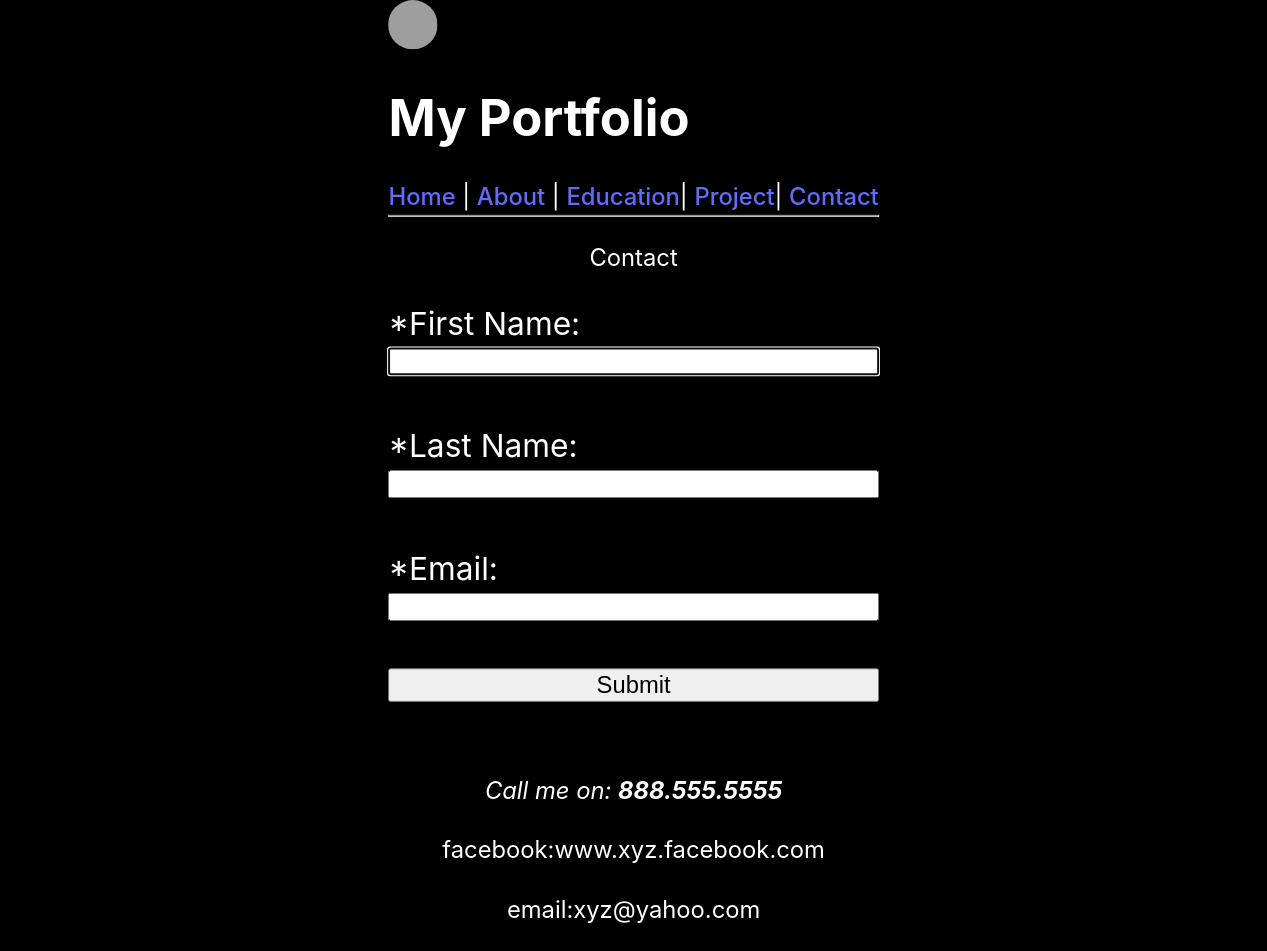
Repository: FelixChung29/ChunWaiChung_COMP229Lab2
Page: /contact (app in client/)
The author's editor kept a copy of each file at every save. The page is drawn from the files as they stood at one save, then again after the next save.
The browser window is 1280 px wide. The pictures show the whole page, at 99% of full size.
Pictures or frames that could not be fetched are drawn as grey boxes. The project was rebuilt for these pictures with package versions that can differ from the ones it lists, and the page was loaded fresh each time. Also part of the build but not shown: client/vite.config.js, client/components/Home.jsx, client/src/about.css, client/src/about.jsx, client/src/education.jsx, client/src/project.css, client/src/project.jsx.

Above is the page before, as saved 2024-10-05 12:37:04.

### client/src/index.css
:root {
  font-family: Inter, system-ui, Avenir, Helvetica, Arial, sans-serif;
  line-height: 1.5;
  font-weight: 400;

  color-scheme: light dark;
  color: rgba(255, 255, 255, 0.87);
  background-color: #242424;

  font-synthesis: none;
  text-rendering: optimizeLegibility;
  -webkit-font-smoothing: antialiased;
  -moz-osx-font-smoothing: grayscale;
}

a {
  font-weight: 500;
  color: #646cff;
  text-decoration: inherit;
}
a:hover {
  color: #535bf2;
}

body {
  margin: 0;

  place-items: center;
  min-width: 320px;
  min-height: 100vh;
  background-color:black;
  color:white;
  align-content: center;
}

h1 {
  font-size: 3.2em;
  line-height: 1.1;
}

button {
  border-radius: 8px;
  border: 1px solid transparent;
  padding: 0.6em 1.2em;
  font-size: 1em;
  font-weight: 500;
  font-family: inherit;
  background-color: #1a1a1a;
  cursor: pointer;
  transition: border-color 0.25s;
}
button:hover {
  border-color: #646cff;
}
button:focus,
button:focus-visible {
  outline: 4px auto -webkit-focus-ring-color;
}

@media (prefers-color-scheme: light) {
  :root {
    color: #213547;
    background-color: #ffffff;
  }
  a:hover {
    color: #747bff;
  }
  button {
    background-color: #f9f9f9;
  }
}

nav {
float:right;
font-size:x-large;

}






.bg{
  position:absolute;
  top: -4em;
  right: 0;
  z-index: -1;
  object-fit: cover;
  height: 100vh;

}

.introContent {
  height: 100vh;
  width: 100vw;
  padding: 3em;
  padding-top: 1em;
  font-size: 3em;
  font-weight: 700;

  justify-content: center;
}

.hello {
  font-size: 1.75rem;
  font-weight:100px;
}

.introName {
  color: Blue;
}


.introPara {
  font-size: 40px;
  font-weight: 100;
}

.btn {
  background: white;
  margin: 1rem 0;
  padding: 0.75rem 1.5rem;
  border: none;
  border-radius: 2rem;
}


.btnImg{
  object-fit: cover;
  margin: 0 0.25rem;
  height: 1rem;
}

@media screen and (max-width:480px){
  .bg {
    right: -20vw
  }
}

img{
border-radius: 90%;
size: 40px;

}

html{
  scroll-behavior: smooth;
  overflow-x: hidden;
  overflow-y: scroll;
  margin-left: auto;
  margin-right: auto;
}

### client/src/App.jsx
import React from 'react';
import { BrowserRouter as Router } from 'react-router-dom';
//import { ThemeProvider } from '@material-ui/styles';
import MainRouter from '../MainRouter';
//import Contact from './contact'
//import theme from '../theme';
//import { hot } from 'react-hot-loader'
const App = () => {
 return (
 <Router>

 <MainRouter />

 </Router>
 );
};
export default App;

### client/MainRouter.jsx
import React from 'react'
import { Route, Routes } from 'react-router-dom'
import Home from './components/Home'
import About from './src/about'
import Contact from './src/contact'
import Education from './src/education'
import Project from './src/project'
import Layout from './components/layout'
const MainRouter = () => {
 return (<div>
 <Layout/>
 <Routes>

<Route exact path="/" element={<Home />} />
<Route exact path="/about" element={<About />} />
<Route exact path="/education" element={<Education />} />
<Route exact path="/project" element={<Project />} />
<Route exact path="/contact" element={<Contact />} />

 </Routes>
 </div>
 )
}
export default MainRouter

### client/src/contact.jsx
import '../src/contact.css'
export default function Contact() {
     return (
     <>
     <p>Contact</p>
     <form id="ffp">


				<label htmlFor="myFName"> *First Name: </label>
				<input type="text" id="myFName" name="myFName" required="required" autoFocus /> <br /> <br />

				<label htmlFor="myLName"> *Last Name: </label>
				<input type="text" id="myLName" name="myLName" required="required" /> <br /> <br />


				<label htmlFor="myEmail"> *Email: </label>
				<input type="email" id="myEmail" name="myEmail" required="required" /> <br /> <br />

				<input type="submit" className="submit" value="Submit" /> <br />


		</form> <br></br>
          <p><i>Call me on: <strong>888.555.5555 </strong></i></p>
 <p>facebook:www.xyz.facebook.com</p>
 <p>email:xyz@yahoo.com</p>
     </>
     );
     }

### client/components/layout.jsx
import React from 'react';
import { Link } from 'react-router-dom';
import football1 from '../src/assets/football1.jfif';
export default function Layout() {
 return (
 <>
 < img src={football1}alt="football" className="football" width="50px" height="50px"/>
 <h1>My Portfolio</h1>

 <nav>

 <Link to="/">Home</Link> | <Link to="/about">About</Link> | <Link to="/education">Education</Link>| <Link to="/project">Project</Link>| <Link to="/contact">Contact</Link>
 </nav>
<br/>
 <hr />

 </>

 );
}

### client/src/contact.css
#ffp{




    max-width: 50rem;
    display: flex;
    flex-direction: column;
    justify-content: center;
    margin: 0 auto;


}

label{
    font-size:xx-large;
}

input{
    font-size: larger;
}

.submit{
    font-size:x-large;
}

p,a{
    font-size:x-large;
    text-align: center;
}

### client/src/education.css
:root {
    font-family: Inter, system-ui, Avenir, Helvetica, Arial, sans-serif;
    line-height: 1.5;
    font-weight: 400;

    color-scheme: light dark;
    color: rgba(255, 255, 255, 0.87);
    background-color: #242424;

    font-synthesis: none;
    text-rendering: optimizeLegibility;
    -webkit-font-smoothing: antialiased;
    -moz-osx-font-smoothing: grayscale;
  }

  a {
    font-weight: 500;
    color: #646cff;
    text-decoration: inherit;
  }
  a:hover {
    color: #535bf2;
  }

  body {
    margin: auto;

    place-items: center;
    min-width: 320px;
    min-height: 100vh;
    background-color:black;
    color:white;
    align-content: center;
  }

  h1 {
    font-size: 3.2em;
    line-height: 1.1;
  }

  button {
    border-radius: 8px;
    border: 1px solid transparent;
    padding: 0.6em 1.2em;
    font-size: 1em;
    font-weight: 500;
    font-family: inherit;
    background-color: #1a1a1a;
    cursor: pointer;
    transition: border-color 0.25s;
  }
  button:hover {
    border-color: #646cff;
  }
  button:focus,
  button:focus-visible {
    outline: 4px auto -webkit-focus-ring-color;
  }

  @media (prefers-color-scheme: light) {
    :root {
      color: #213547;
      background-color: #ffffff;
    }
    a:hover {
      color: #747bff;
    }
    button {
      background-color: #f9f9f9;
    }
  }

  nav {
  float:right;
  font-size:x-large;

  }






  .bg{
    position:absolute;
    top: -4em;
    right: 0;
    z-index: -1;
    object-fit: cover;
    height: 100vh;

  }

  .introContent {
    height: 100vh;
    width: 100vw;
    padding: 3em;
    padding-top: 1em;
    font-size: 3em;
    font-weight: 700;

    justify-content: center;
  }

  .hello {
    font-size: 1.75rem;
    font-weight:100px;
  }

  .introName {
    color: Blue;
  }


  .introPara {
    font-size: 40px;
    font-weight: 100;
  }

  .btn {
    background: white;
    margin: 1rem 0;
    padding: 0.75rem 1.5rem;
    border: none;
    border-radius: 2rem;
  }


  .btnImg{
    object-fit: cover;
    margin: 0 0.25rem;
    height: 1rem;
  }

  @media screen and (max-width:480px){
    .bg {
      right: -20vw
    }
  }

  img{
  border-radius: 90%;
  size: 40px;

  }

  html{
    scroll-behavior: smooth;
    overflow-x: hidden;
    overflow-y: scroll;
    margin-left: auto;
    margin-right: auto;
  }

Loaded but not shown: client/index.html (common file); client/src/main.jsx (common file)

After the next save:
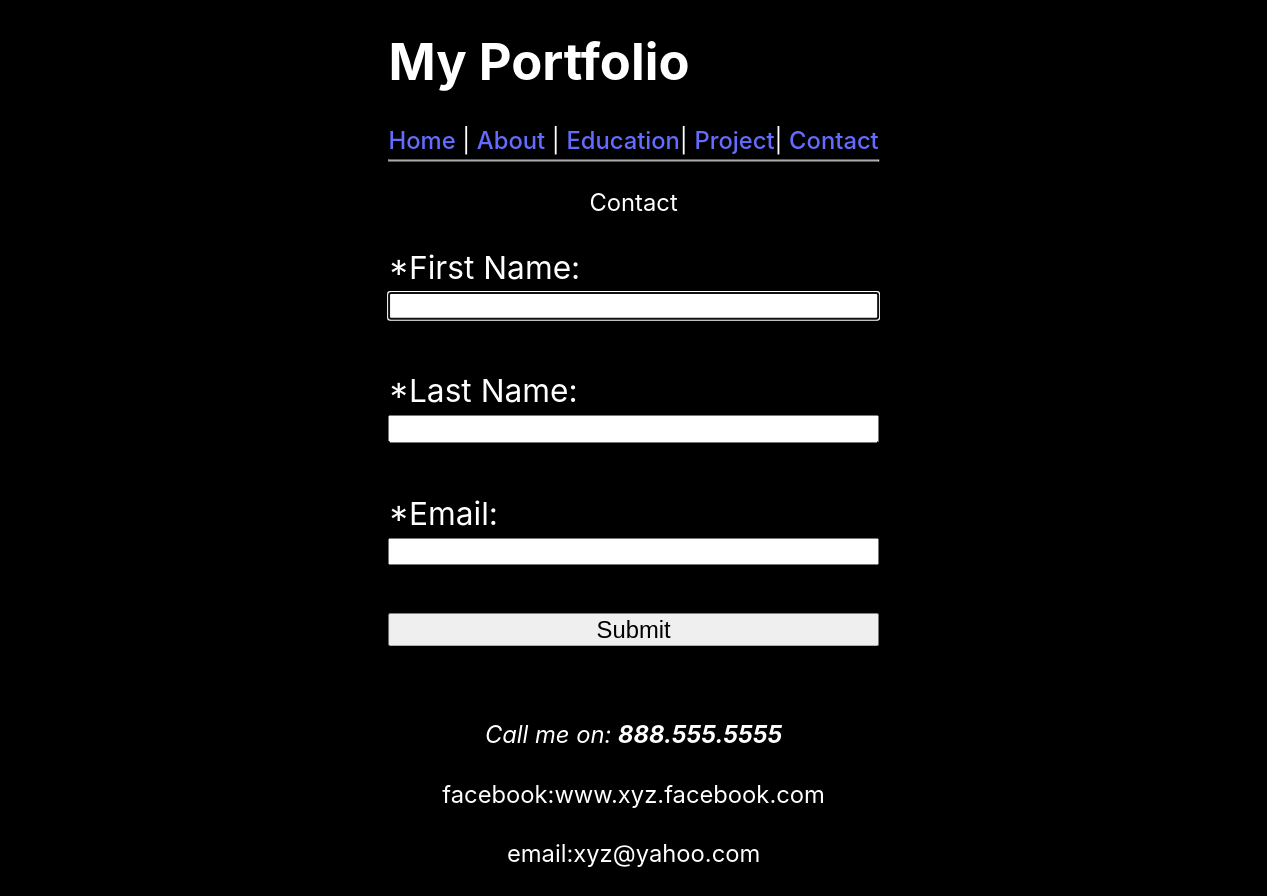
Saved 19 min 18 s later.
--- a/client/components/layout.jsx
+++ b/client/components/layout.jsx
@@ -4,7 +4,7 @@ import football1 from '../src/assets/football1.jfif';
 export default function Layout() {
  return (
  <>
- < img src={football1}alt="football" className="football" width="50px" height="50px"/>
+
  <h1>My Portfolio</h1>
 
  <nav>
